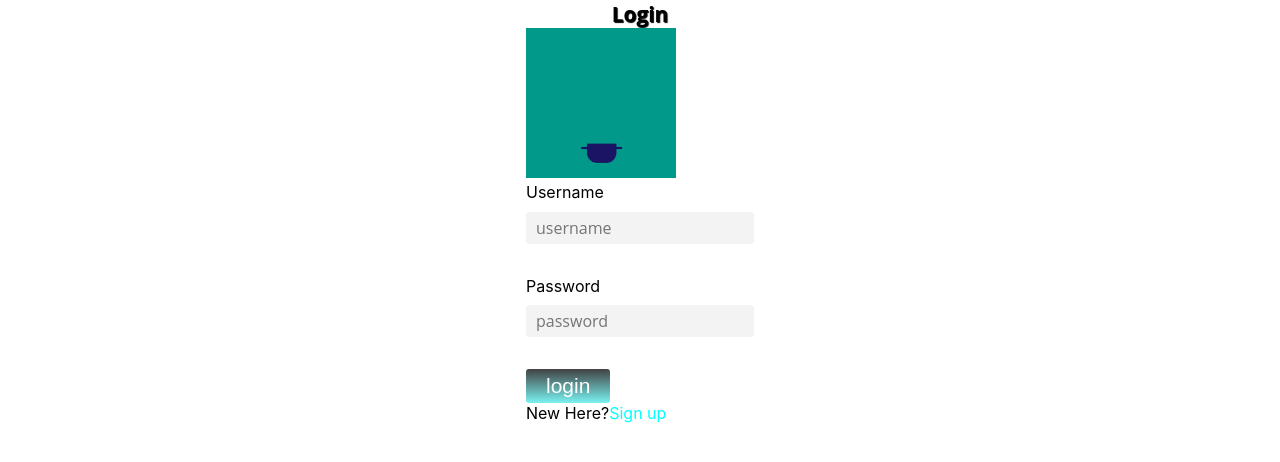
Repository: CSituma/React-Express-Form-Logic
Page: / (app in client/)
The author's editor kept a copy of each file at every save. The page is drawn from the files as they stood at one save, then again after the next save.
The browser window is 1280 px wide. The pictures show the whole page.
The project was rebuilt for these pictures with package versions that can differ from the ones it lists, and the page was loaded fresh each time. Also part of the build but not shown: client/src/components/login/register.jsx.

Above is the page before, as saved 2020-11-28 22:04:40.

After the next save:
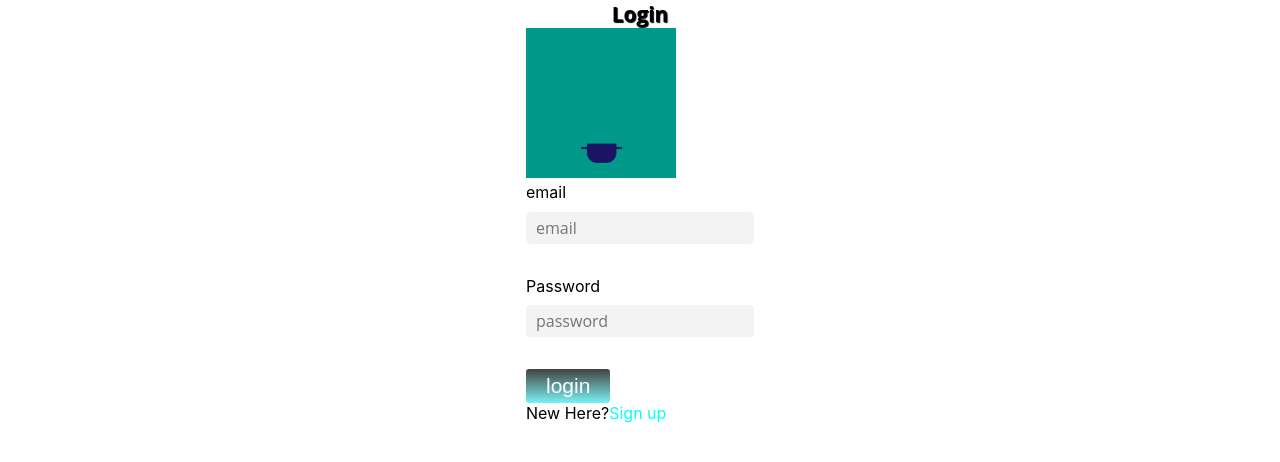
Saved 5 min 17 s later.
--- a/client/src/components/login/login.jsx
+++ b/client/src/components/login/login.jsx
@@ -6,7 +6,7 @@ import {Link} from "react-router-dom"
 
 export default class Login extends Component {
 state = {
-username:"",
+email:"",
 password:""
 
   }
@@ -22,7 +22,7 @@ handleChange = (e) =>{
     e.preventDefault();
 
     const payload = {
-      username:this.state.username,
+      email:this.state.email,
       password:this.state.password
     }
 
@@ -43,7 +43,7 @@ handleChange = (e) =>{
 
   delete = () => {
     this.setState({
-      username: '',
+      email: '',
       password: ''
     });
   };
@@ -60,8 +60,8 @@ handleChange = (e) =>{
           </div>
           <form className="form" onSubmit = {this.submit} >
             <div className="form-group">
-              <label htmlFor="username">Username</label>
-              <input type="text" name="username" value = {this.state.username} onChange={this.handleChange} placeholder="username" />
+              <label htmlFor="email">email</label>
+              <input type="text" name="email" value = {this.state.email} onChange={this.handleChange} placeholder="email" />
             </div>
             <div className="form-group">
               <label htmlFor="password">Password</label>
